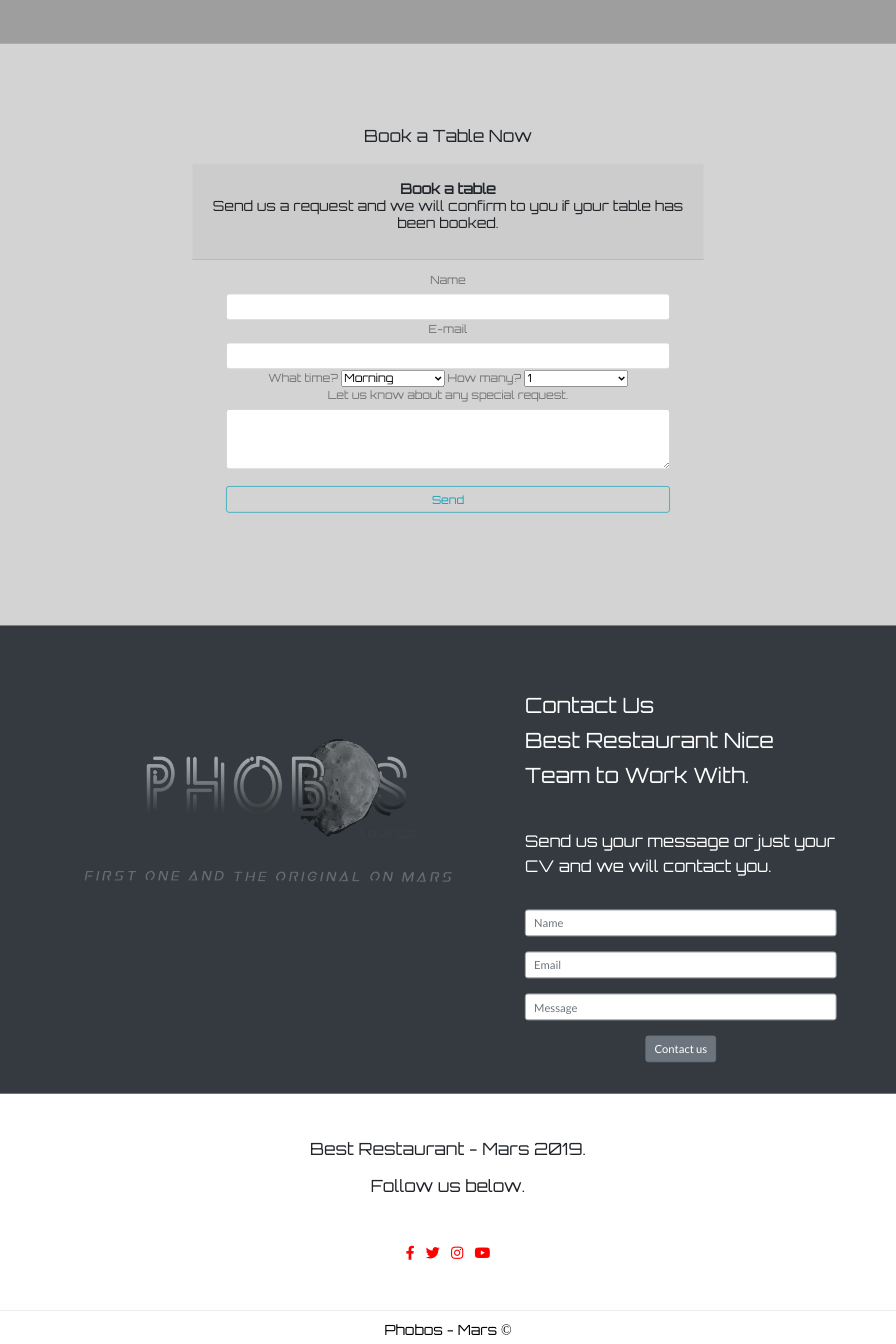
Repository: Code-Institute-Submissions/vinicald-Milestone-Project-1
Page: index.html
The author's editor kept a record of every edit. The page is drawn from the files as they stood at one moment, then again after the next edit.
The browser window is 1280 px wide. The pictures show the part of the page from y = 1799 to 3719 px (the page is 3719 px tall before and 3685 px after), at 70% of full size.
Pictures or frames that could not be fetched are drawn as grey boxes. Backgrounds fixed to the window are drawn as part of the page. Some web fonts or font styles are not loaded; a fallback is used. Some web libraries are served in a nearby version.

Above is the page before.

### index.html
<!DOCTYPE html>
<html lang="en">

<head>
    <meta charset="UTF-8">
    <meta name="viewport" content="width=device-width, initial-scale=1.0">
    <meta http-equiv="X-UA-Compatible" content="ie=edge">
    <link rel="stylesheet" href="https://stackpath.bootstrapcdn.com/bootstrap/4.3.1/css/bootstrap.min.css" integrity="sha384-ggOyR0iXCbMQv3Xipma34MD+dH/1fQ784/j6cY/iJTQUOhcWr7x9JvoRxT2MZw1T" crossorigin="anonymous">
    <link rel="stylesheet" href="https://cdnjs.cloudflare.com/ajax/libs/font-awesome/5.9.0/css/all.css" integrity="undefined" crossorigin="anonymous" />
    <link rel="stylesheet" href="https://cdnjs.cloudflare.com/ajax/libs/hover.css/2.3.1/css/hover-min.css" integrity="sha256-c+C87jupO1otD1I5uyxV68WmSLCqtIoNlcHLXtzLCT0=" crossorigin="anonymous" />
    <link rel="stylesheet" href="assets/css/style.css" type="text/css" />
    <title>Phobos - The Only One</title>
</head>

<body>

    <header>
        <nav class="navbar navbar-expand-lg navbar-light">
            <a href="#home" class="navbar-brand ml-3">Phobos</a>
            <button class="navbar-toggler" type="button" data-toggle="collapse" data-target="#navbarMenu" arial-controls="navbarMenu" aria-expand="false" aria-label="Toggle Navigation">
                <span class="navbar-toggler-icon"></span>
            </button>
            <div class="collapse navbar-collapse"></div>
            <div class="collapse navbar-collapse" id="navbarMenu">
                <ul class="navbar-nav ml-auto">
                    <li class="nav-item">
                        <a href="#home" class="nav-link">Home</a>
                    </li>
                    <li class="nav-item">
                        <a href="#aboutus" class="nav-link">About Us</a>
                    </li>
                    <li class="nav-item">
                        <a href="#menu" class="nav-link">Menu</a>
                    </li>
                    <li class="nav-item">
                        <a href="#bookatable" class="nav-link">Book a Table</a>
                    </li>
                    <li class="nav-item">
                        <a href="#contactus" class="nav-link">Contact Us</a>
                    </li>
                </ul>
            </div>
        </nav>
    </header>

    <main>
        <div class="container-fluid p-0" id="home">
            <div class="site-content">
                <div class="d-flex justify-content-center">
                    <div class="d-flex flex-column">
                        <h1 class="site-title">Phobos Mars</h1>
                        <p class="site-desc">First one and The original on Mars.<br>More than 10 Awards</br>
                        </p>
                        <div class="d-flex flex-row">
                            <a href="#menu" class="btn site-btn1 px-4 py-3 mr-4 btn-light" role="button">Menu</a>
                        </div>
                    </div>
                </div>
            </div>
        </div>

        <div class="aboutus" id="aboutus">
            <div class="container text-center">
                <h1 class="heading-1">About us</h1>
                <h1 class="heading-2">A different Story and Unexpected Food</h1>
                <p class="para-1">The first restaurant on Mars, since 1972.</p>
                <div class="row justify-content-center text-center">
                    <div class="col-md-4">
                        <div class="card">
                            <img src="assets/images/restaurante.jpg" alt="Image1" class="card-img-top"></img>
                            <div class="card-body">
                                <h4 class="card-title">
                                    The First One
                                </h4>
                                <p class="card-text">
                                    The Restaurant was created in 1972, after our good old friend Louis Armstrong started this business on Mars.
                                </p>
                            </div>
                        </div>
                    </div>
                    <div class="col-md-4">
                        <div class="card">
                            <img src="assets/images/couple-on-coffee-date.jpg" alt="Image2" class="card-img-top">
                            <div class="card-body">
                                <h4 class="card-title">
                                    More Than 10 Awards
                                </h4>
                                <p class="card-text">
                                    We have been nominated more than 30 times for the Alien Space Restaurant of the Galaxy and we have won more than 10 Awards.
                                </p>
                            </div>
                        </div>
                    </div>
                    <div class="col-md-4">
                        <div class="card">
                            <img src="assets/images/cheers-to-holiday-eggnog.jpg" alt="Image3" class="card-img-top">
                            <div class="card-body">
                                <h4 class="card-title">
                                    The Perfect Food
                                </h4>
                                <p class="card-text">
                                    We serve the perfect dishes to all situations, from a galaxy meeting til a quick coffee.
                                </p>
                            </div>
                        </div>
                    </div>

                </div>
            </div>
        </div>

        <div class="menu" id="menu">
            <div class="container-fluid">
                <div class="d-flex justify-content-end">
                    <div class="d-flex flex-column m-4">
                        <h1 class="heading-1">Menu</h1>
                        <p class="para">Check it below</p>
                        <a href="assets/images/MENU.pdf" class="btn btn-danger" role="button" target="_blank" class="cv-pdf">Menu
                        </a>
                    </div>
                </div>
            </div>
        </div>

        <div class="bookatable" id="bookatable">
            <div class="container-fluid bookcontent">
                <div class="d-flex justify-content-center m-4">
                    <div class="cardtable">
                        <h4 class="card-title">Book a Table Now</h4>
                        <h5 class="card-header info-color dark-text text-center py-4">
                            <strong>Book a table</strong>
                            <p>Send us a request and we will confirm to you if your table has been booked.</p>
                        </h5>
                        <div class="card-body px-lg-5 pt-0">
                            <form class="text-center" style="color: #757575;" action="#!">
                                <div class="md-form mt-3">
                                    <label for="materialContactFormName">Name</label>
                                    <input type="text" id="materialContactFormName" class="form-control">
                                </div>
                                <div class="md-form">
                                    <label for="materialContactFormEmail">E-mail</label>
                                    <input type="email" id="materialContactFormEmail" class="form-control">
                                </div>
                                <span>What time?</span>
                                <select class="mdb-select">
                                    <option value="" disabled>Choose option</option>
                                    <option value="1" selected>Morning</option>
                                    <option value="2">Afternoon</option>
                                    <option value="3">Evening</option>
                                </select>
                                <span>How many?</span>
                                <select class="mdb-select">
                                    <option value="" disabled>Choose option</option>
                                    <option value="1" selected>1</option>
                                    <option value="2">2</option>
                                    <option value="3">3</option>
                                    <option value="3">4</option>
                                    <option value="3">5+</option>
                                </select>
                                <div class="md-form">
                                    <label for="materialContactFormMessage">Let us know about any special request.</label>
                                    <textarea id="materialContactFormMessage" class="form-control md-textarea" rows="3"></textarea>
                                </div>
                                <button class="btn btn-outline-info btn-rounded btn-block z-depth-0 my-4 waves-effect" type="submit">Send</button>
                            </form>
                        </div>
                    </div>
                </div>
            </div>
        </div>


        <div class="contactus bg-dark" id="contactus">
            <div class="container">
                <div class="row">
                    <div class="col-md-7">
                        <img src="assets/images/logo mars.png" class="img-fluid" alt="Image7" width="590">
                    </div>
                    <div class="col-md-5">
                        <h1 class="text-white">
                            Contact Us<br> Best Restaurant Nice Team to Work With.
                        </h1>
                        <p class="para-1">Send us your message or just your CV and we will contact you.</p>
                        <div class="center-form">
                            <form>
                                <input type="text" name="name" id="fullname" class="form-control" placeholder="Name" required/>
                                <input type="email" name="email" id="emailaddress" class="form-control" placeholder="Email" required/>
                                <input type="textarea" row="5" name="projectsummary" id="projectsummary" class="form-control" placeholder="Message" required/>
                                <div class="form-row text-center">
                                    <div class="col">
                                        <button type="submit" class="btn btn-secondary">Contact us</button>
                                    </div>
                                </div>
                        </div>
                    </div>
                </div>
            </div>
        </div>
    </main>

    <footer>
        <div class="social text-center">
            <h4 style="margin-top: 5%">Best Restaurant - Mars 2019.</h4>
            <h4 class="my-4">Follow us below.</h4>
            <div class="social" style="margin: 5%;">
                <div class="d-flex flex-row justify-content-center">
                    <a href="#" target="_blank"><i class="fab fa-facebook-f m-2"></i></a>
                    <a href="#" target="_blank"><i class="fab fa-twitter m-2"></i></a>
                    <a href="#" target="_blank"><i class="fab fa-instagram m-2"></i></a>
                    <a href="#" target="_blank"><i class="fab fa-youtube m-2"></i></a>
                </div>
            </div>
            <hr>
            <h5 style="color: black">Phobos - Mars &copy</h5>
        </div>
    </footer>
    <script src="https://code.jquery.com/jquery-3.3.1.slim.min.js" integrity="sha384-q8i/X+965DzO0rT7abK41JStQIAqVgRVzpbzo5smXKp4YfRvH+8abtTE1Pi6jizo" crossorigin="anonymous"></script>
    <script src="https://cdnjs.cloudflare.com/ajax/libs/popper.js/1.14.7/umd/popper.min.js" integrity="sha384-UO2eT0CpHqdSJQ6hJty5KVphtPhzWj9WO1clHTMGa3JDZwrnQq4sF86dIHNDz0W1" crossorigin="anonymous"></script>
    <script src="https://stackpath.bootstrapcdn.com/bootstrap/4.3.1/js/bootstrap.min.js" integrity="sha384-JjSmVgyd0p3pXB1rRibZUAYoIIy6OrQ6VrjIEaFf/nJGzIxFDsf4x0xIM+B07jRM" crossorigin="anonymous"></script>
</body>

</html>

### assets/css/style.css
@import url('https://fonts.googleapis.com/css?family=Lexend+Deca: 100, 200, 300, 400, 500, 600, 700|Lato|Overlock+SC|Pacifico|Righteuos|Roboto|Orbitron|Exo:100, 200, 300, 400, 500, 600, 700');

body {
    padding: 0%;
    margin: 0%;
    font-family: "Lato";
}

/* Heading */

.navbar {
    background-color: #2B2A2B;
}

.navbar-brand {
    font-family: "Orbitron";
    font-size: 35px;
    color: #F0E9EE !important;
}

.nav-link {
    font-size: 16px;
    margin: 15px;
    color: grey !important;
    font-family: "Orbitron";
}

.nav-link:hover {
    color: #fafafa !important;
}

.action .nav-link {
    color: #fafafa !important;
}


/* Main Container */

.site-content {
    background-color: #BF402A;
    background-size: cover;
}

.site-title,
.site-desc {
    color: #F0E9EE;
    font-family: "Orbitron";
}

.site-title {
    margin-top: 30%;
    margin-bottom: 6%;
    font-size: 50px;
    text-align: center;
}

.site-desc {
    font-size: 14px;
    padding-left: 15%;
}

.site-btn1 {
    background-color: #fafafa;
    font-family: "Orbitron";
}

.site-btn1 {
    margin-top: 5%;
    margin-bottom: 40%;
    margin-left: 30%;
}

/* About Us */

.aboutus .heading-1 {
    margin-top: 8%;
    font-family: "Orbitron";
}

.aboutus .heading-2 {
    margin-bottom: 5%;
    font-size: 39px;
    font-family: "Orbitron";
}

.aboutus .para-1 {
    width: 60%;
    margin-left: 20%;
    margin-bottom: 5%;
    font-family: "Orbitron";
}

.aboutus .card-text,
.para-1 {
    color: #161616;
}

.aboutus {
    margin-bottom: 8%;
}

.card {
    width: 20rem;
}

/* Menu */

.menu .container-fluid {
    background-image: url('../images/berry-cheesecake.jpg');
    background-size: cover;
    background-attachment: fixed;
    padding-bottom: 5%;
}


.m-4 {
    margin: 6.5rem!important;
}

.menu .heading-1 {
    margin-top: 20%;
    margin-bottom: 4%;
    font-family: "Orbitron";
    width: 80%;
    color: #fafafa;
}

.menu .para {
    width: 100%;
    font-family: "Roboto";
    color: #fafafa;
    margin-bottom: 7%;
}

.menu .btn {
    margin-bottom: 15%;
    width: 60%;
    padding: 3% 5%;
}

/* Book a Table */

.bookatable {
    background-color: lightgrey;
}

.bookatable .bookcontent {
    padding-top: 1%;
    padding-bottom: 1%;
}

.bookatable .card-title {
    font-family: "Orbitron";
    padding-bottom: 2%;
    text-align: center;
}

.cardtable {
    max-width: 70%;
}

.card-header {
    font-family: "Orbitron";
}

.card-body {
    font-family: "Orbitron";
}

/* Contact Us */

.contactus {
    margin-top: 0%;
}

.contactus .row .col-md-7 .col-md-5 {
    margin-top: 10%;
    margin-bottom: 10%;
}

.contactus h1 {
    color: white;
    font-family: "Orbitron";
    line-height: 50px;
    font-size: 30px;
    text-decoration: none;
    margin-top: 20%;
}

.contactus .para-1 {
    color: white;
    font-family: "Orbitron";
    font-size: 23px;
    margin-top: 12%;
    margin-bottom: 10%;
}

.contactus .center-form {
    margin-bottom: 10%;
}

.contactus .form-control {
    margin-bottom: 5%;
}

/* Social */

.social {
    font-family: "Orbitron";
}

.social i {
    color: red;
    font-size: 20px;
}

/* Media */

@media screen and (max-width: 768px) {
    .menu .card {
        width: 14rem;
    }

    .bookatable .col-md-7 img {
        width: 350px;
    }
}

@media screen and (max-width: 320px) {
    .site-content .site-title {
        font-size: 30px;
        padding: 15%;
    }

    .site-content .site-btn1 {
        margin-left: 15%;
    }

    .aboutus .heading-1,
    section-1 .heading-2 {
        font-size: 25px;
    }

    .aboutus .col-md-4 {
        padding: 5%;
        margin-left: 8%;
    }

    .aboutus .card {
        width: 15rem;
    }

    .bookatable .col-md-5 {
        width: 15rem;
    }

    footer input[type="button"] {
        margin-top: 5%;
    }
}

@media screen and (max-width: 320px) {
    .bookatable .col-md-5 {
        width: 15rem;
    }

After the next edit:
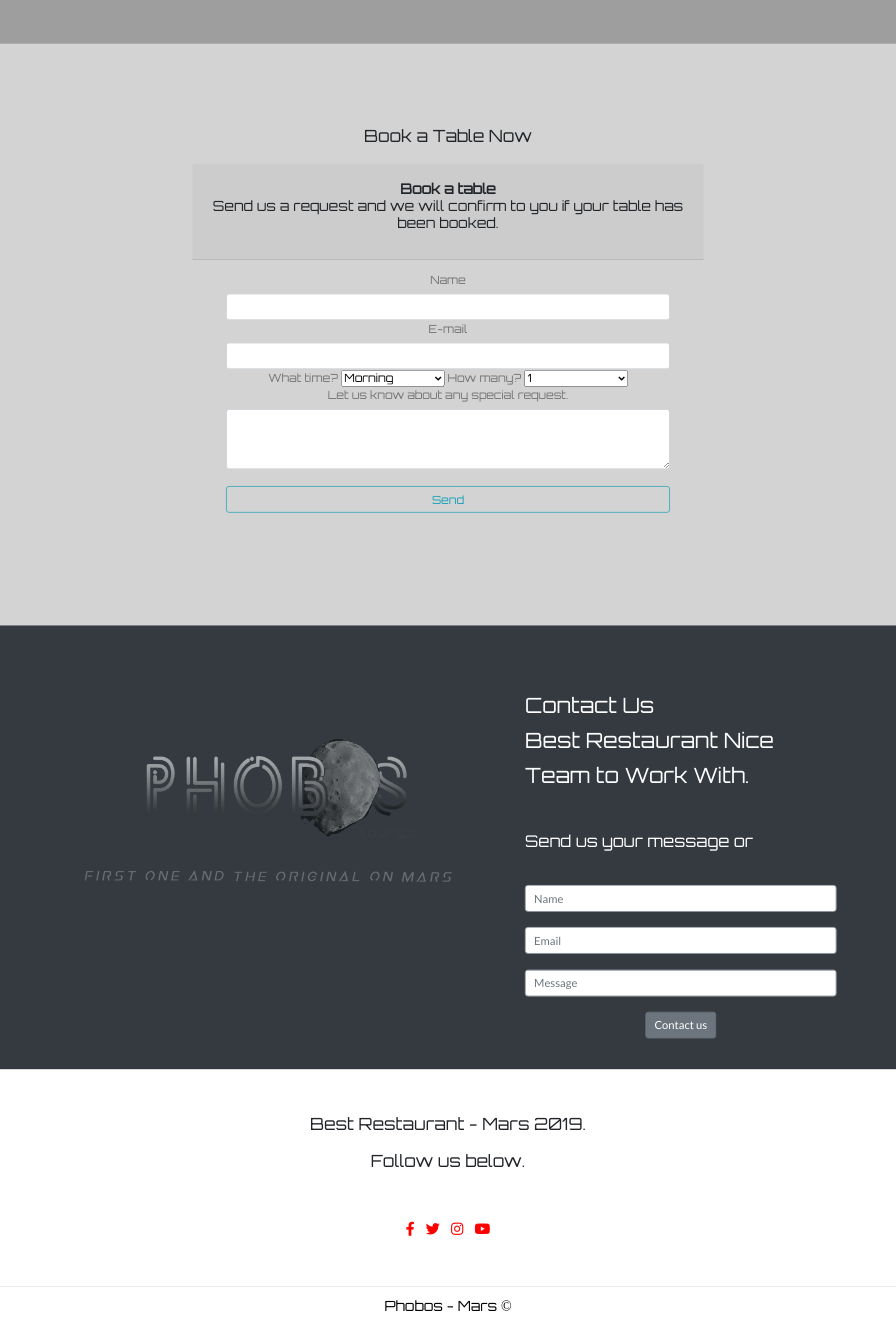
The edit:
--- a/index.html
+++ b/index.html
@@ -180,7 +180,7 @@
                         <h1 class="text-white">
                             Contact Us<br> Best Restaurant Nice Team to Work With.
                         </h1>
-                        <p class="para-1">Send us your message or just your CV and we will contact you.</p>
+                        <p class="para-1">Send us your message or </p>
                         <div class="center-form">
                             <form>
                                 <input type="text" name="name" id="fullname" class="form-control" placeholder="Name" required/>
